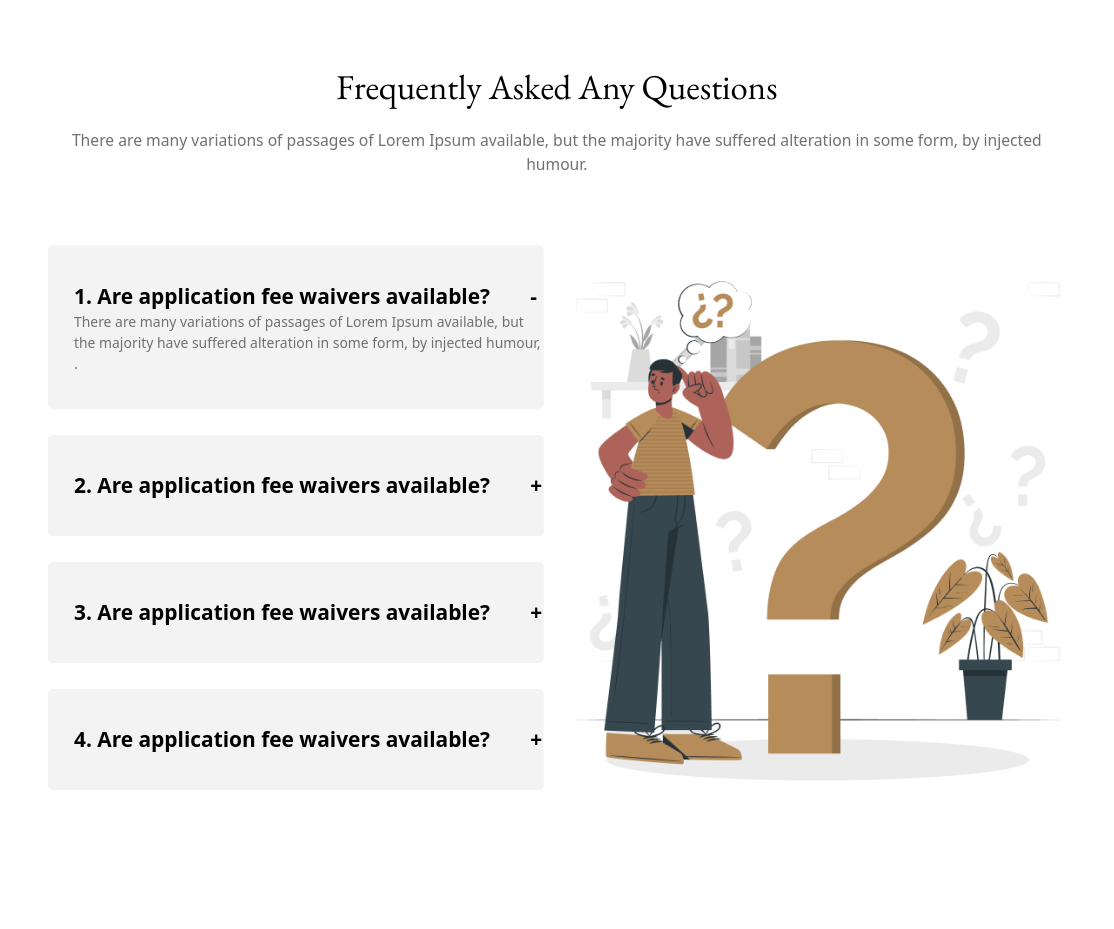
Repository: nahid-hasann/website-6
Page: index.html
The author's editor kept a copy of each file at every save. The page is drawn from the files as they stood at one save, then again after a run of saves.
The browser window is 1280 px wide. The pictures show the whole page, at 87% of full size.

Above is the page before, as saved 2025-07-21 15:59:16.

After the next 4 saves:
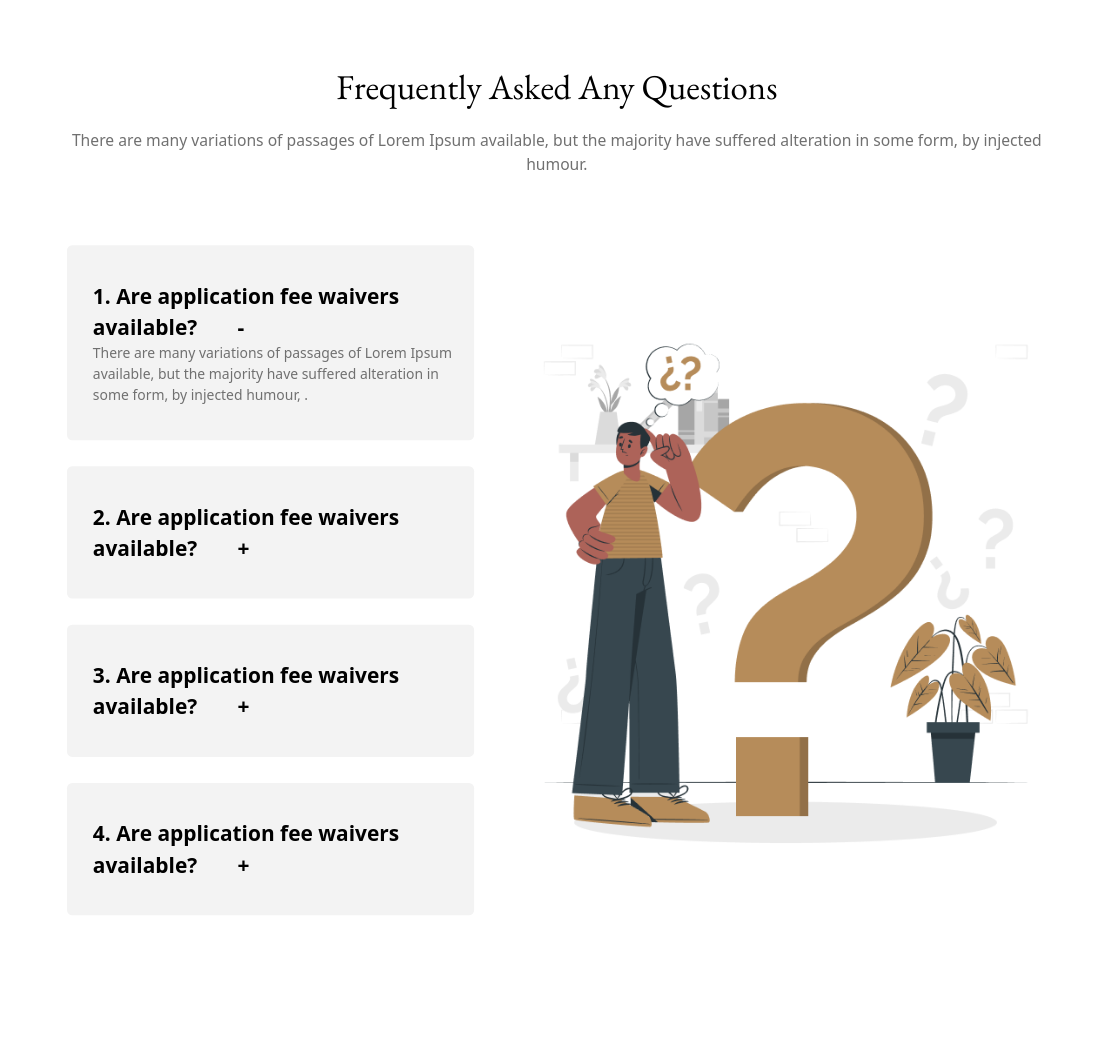
The 4 saves are shown as one change because they came seconds apart.
The last was saved 106 s later.
--- a/index.html
+++ b/index.html
@@ -103,7 +103,7 @@
          <p class="xl:text-[18px] text-center text-[#707070] mt-[18px] sm:text-[13px] sm:px-[20px] mb-[40px]">There are many variations of passages of Lorem Ipsum available, but the majority have suffered alteration in some form, by injected humour.</p>
 
          <div class="ques-img lg:flex lg:justify-around lg:items-center lg:gap-[30px] lg:mt-[80px] ">
-             <div class="lg:w-1/2">
+             <div class="lg:w-[40%]">
                  <div class=" bg-[#f3f3f3] pl-[30px] py-[40px] rounded-md mb-[30px]">
                     <h1 class="lg:text-[24px] font-extrabold">1. Are application fee waivers available? <span class="ml-[40px]">-</span> </h1>
                     <p class="text-[#707070]">There are many variations of passages of Lorem Ipsum available, but the majority have suffered alteration in some form, by injected humour, . </p>
